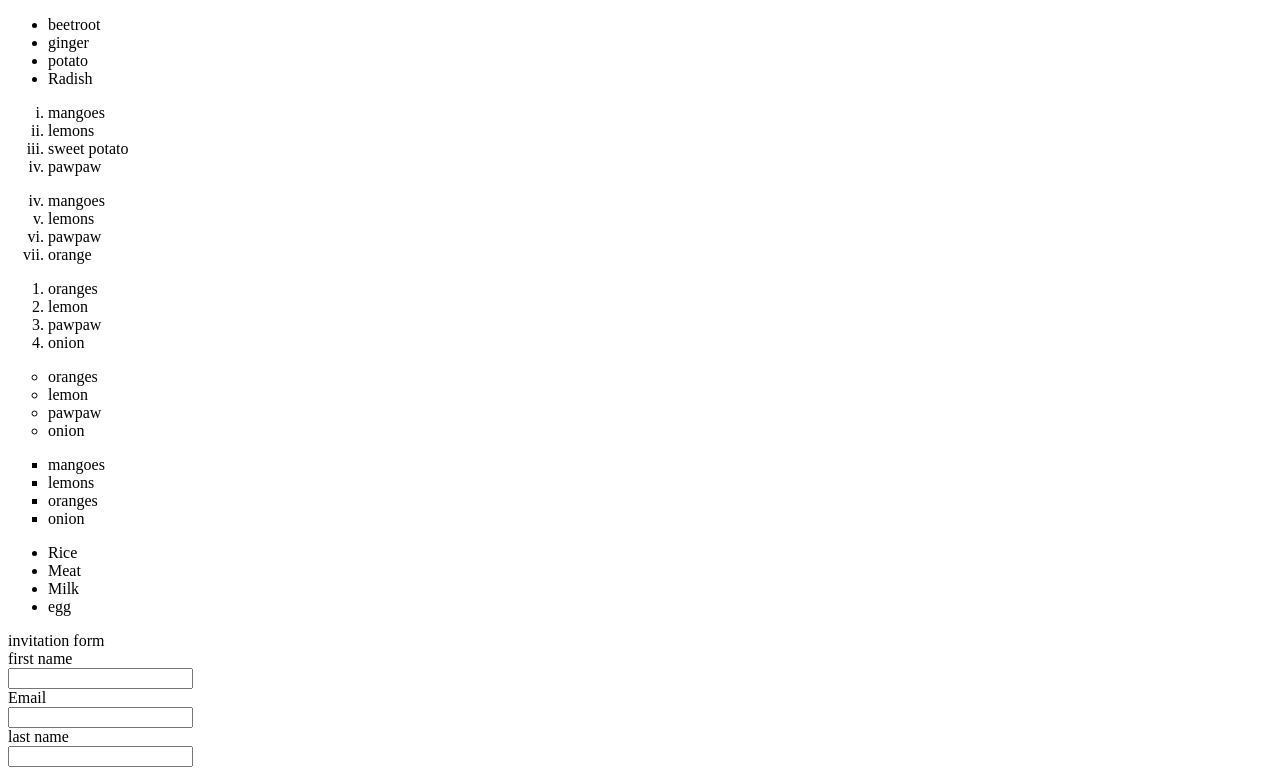
Repository: Okwahi/first--code-lessons
Page: Rinato.html
The author's editor kept a copy of each file at every save. The page is drawn from the files as they stood at one save, then again after a run of saves.
The browser window is 1280 px wide. The pictures show the whole page.

Above is the page before, as saved 2023-03-09 12:00:34.

### Rinato.html
<!DOCTYPE html>
<html lang="en">
<head>
    <meta charset="UTF-8">
    <meta http-equiv="X-UA-Compatible" content="IE=edge">
    <meta name="viewport" content="width=device-width, initial-scale=1.0">
    <title>Document</title>
    <link rel="stylesheet" href="/Rinato.css">
</head>
<body>
    <ul type="triangle">
        <li>beetroot</li>
        <li>ginger</li>
        <li>potato</li>
        <li>Radish</li>
    </ul>
    <ol type="i">
        <li> mangoes</li>
        <li>lemons</li>
        <li>sweet potato</li>
        <li>pawpaw</li>

    </ol>
    <ol type="i" start="4">
        <li>mangoes</li>
        <li>lemons</li>
        <li>pawpaw</li>
        <li>orange</li>
    </ol>
    <ol type="1">
        <li>oranges</li>
        <li>lemon</li>
        <li>pawpaw</li>
        <li>onion</li>
    </ol>
    <ul type="circle">
        <li>oranges</li>
            <li>lemon</li>
            <li>pawpaw</li>
            <li>onion</li>
    </ul>
    <ul type="square">
        <li>mangoes</li>
        <li>lemons</li>
        <li>oranges</li>
        <li>onion</li>
    </ul>
    <ul type="rectangle">
        <li>Rice</li>
        <li>Meat</li>
        <li>Milk</li>
        <li>egg</li>
    </ul>

    <form action=""> invitation form <br>
        <label for="first name"> first name</label><br>
        <input type="text" id="first name" name="first name"><br>
        <label for="Email">Email</label><br>
        <input type="Email" id="Email" name="Email"><br>
        <label for="last name">last name</label><br>
        <input type="text" id="last name"><br>
    </form>

Loaded but not shown: Rinato.css (common file)

After the next 4 saves:
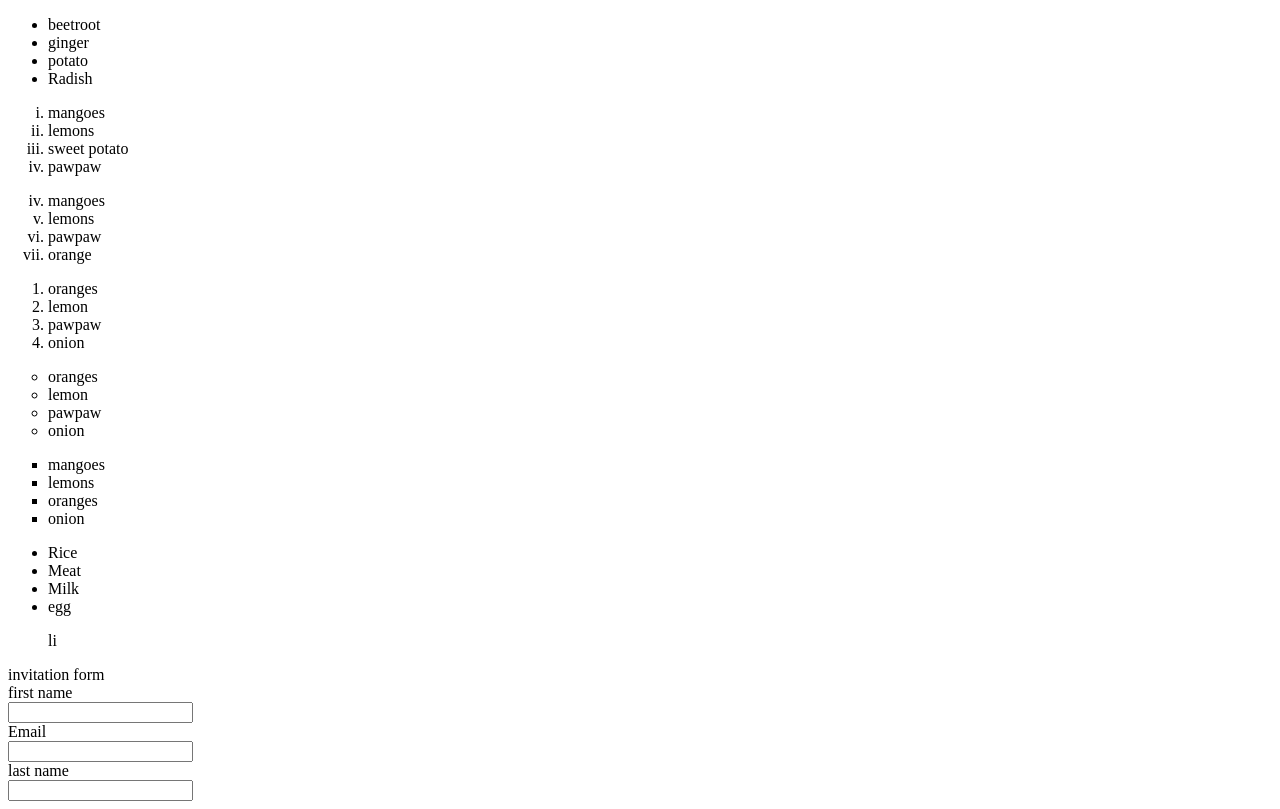
The 4 saves are shown as one change because they came seconds apart.
The last was saved 94 s later.
--- a/Rinato.html
+++ b/Rinato.html
@@ -51,7 +51,9 @@
         <li>Milk</li>
         <li>egg</li>
     </ul>
-
+    <ol>
+        li
+    </ol>
     <form action=""> invitation form <br>
         <label for="first name"> first name</label><br>
         <input type="text" id="first name" name="first name"><br>
